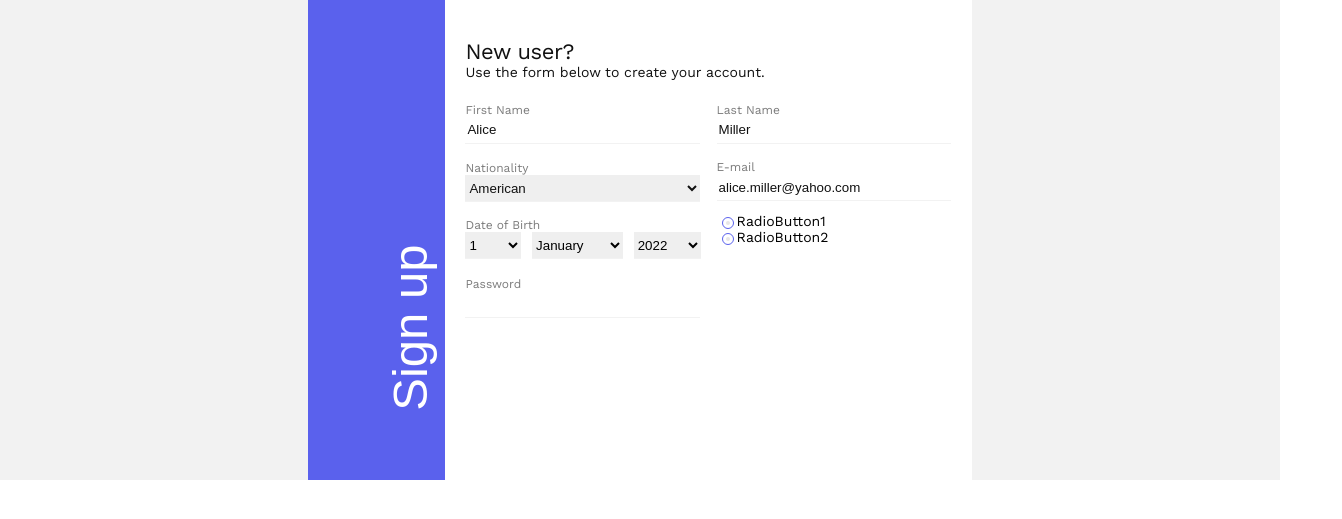
Repository: MorgunovaAlexandra/forma
Page: index.html
These files come from the project's save history. The page is drawn as it stood at one moment and after a run of saves; the edit follows.
The browser window is 1280 px wide. The page is 1342 px wide, so the pictures cover 1342 px, including what lies to the right of the window. The pictures show the whole page.
Some web fonts or font styles are not loaded; a fallback is used.

Above is the page before, as saved 2022-07-18 17:12:21.

After the next 4 saves:
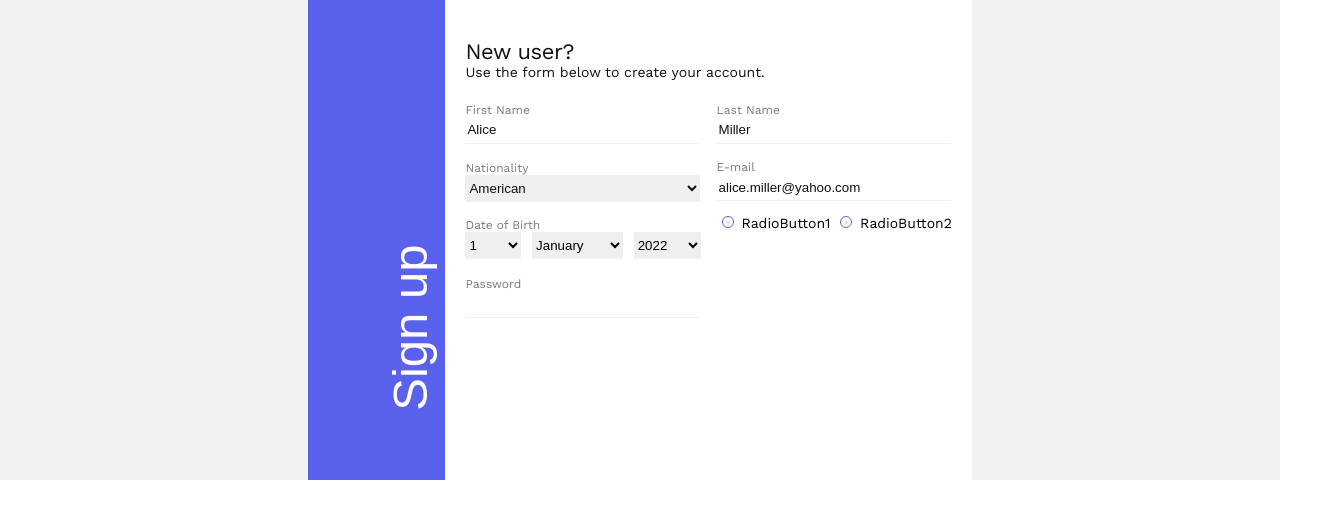
The 4 saves are shown as one change because they came seconds apart.
The last was saved 12 s later.
--- a/index.html
+++ b/index.html
@@ -71,14 +71,14 @@
                     <img  class="img__done" src="./svg/Shape.svg">
                 </div>
                 <div class="radioInput">
-                    <div class="flex">
+
                         <input type="radio" name="radio" id="radio1" />
                         <label for="radio1">RadioButton1</label>
-                      </div>
-                      <div class="flex">
+
+
                         <input type="radio" name="radio" id="radio2" />
                         <label for="radio2">RadioButton2</label>
-                      </div>
+
 
                 </div>
 
